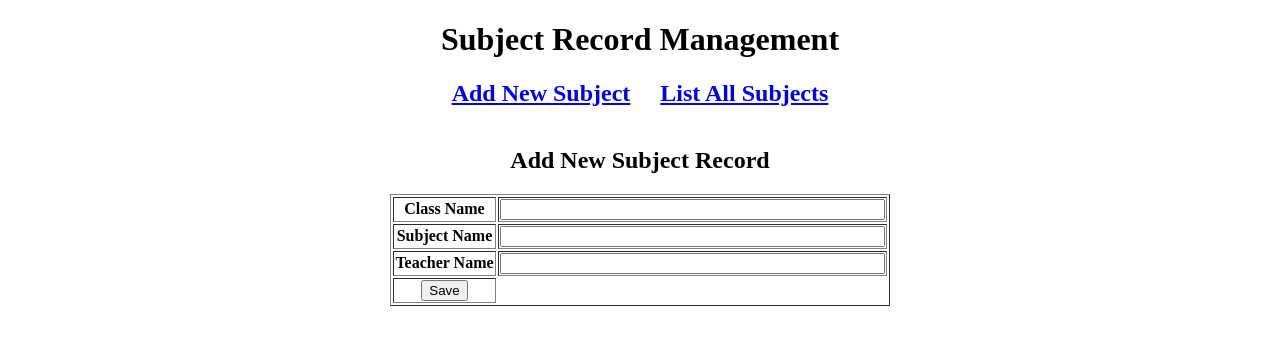
Repository: ashkumar661/Phase-2-Project
Page: http://localhost/crud-example/subject-form.jsp
The author's editor kept a copy of each file at every save. The page is drawn from the files as they stood at one save, then again after a run of saves.
The browser window is 1280 px wide. The pictures show the whole page.
The page is served by Tomcat 9. Other server files are loaded and not shown.

Above is the page before, as saved 2022-05-15 22:11:44.

### crud-example/src/main/webapp/subject-form.jsp
<%@ page language="java" contentType="text/html; charset=ISO-8859-1"
	pageEncoding="ISO-8859-1"%>
<%@ taglib prefix="c" uri="http://java.sun.com/jsp/jstl/core"%>
<!DOCTYPE HTML PUBLIC "-//W3C//DTD HTML 4.01 Transitional//EN" "http://www.w3.org/TR/html4/loose.dtd">
<html>
<head>
<title>Learner's Academy</title>
</head>
<body>
	<center>
		<h1>Subject Record Management</h1>
		<h2>
			<a href="<%=request.getContextPath()%>/newSubject">Add New
				Subject</a> &nbsp;&nbsp;&nbsp; <a
				href="<%=request.getContextPath()%>/listSubject">List All
				Subjects</a>

		</h2>
		<c:if test="${userSubject != null}">
			<form action="updateSubject" method="post">
		</c:if>
		<c:if test="${userSubject == null}">
			<form action="insertSubject" method="post">
		</c:if>
		<table border="1">
			<caption>
				<h2>
					<c:if test="${userSubject != null}">
                        Edit Subject Record
                    </c:if>
					<c:if test="${userSubject == null}">
                        Add New Subject Record
                    </c:if>
				</h2>
			</caption>
			<c:if test="${userSubject != null}">
				<input type="hidden" name="id"
					value="<c:out value='${userSubject.id}' />" />
			</c:if>
			<tr>
				<th>Class Name</th>
				<td><input type="text" name="cName" size="45"
					value="<c:out value='${userSubject.className}' />" /></td>
			</tr>
			<tr>
				<th>Subject Name</th>
				<td><input type="text" name="sName" size="45"
					value="<c:out value='${userSubject.subName}' />" /></td>
			</tr>
			<tr>
				<th>Teacher Name</th>
				<td><input type="text" name="tName" size="45"
					value="<c:out value='${userSubject.name}' />" /></td>
			</tr>
			<td align="center"><input type="submit" value="Save" /></td>

		</table>
		</form>
	</center>
</body>
</html>

After the next 2 saves:
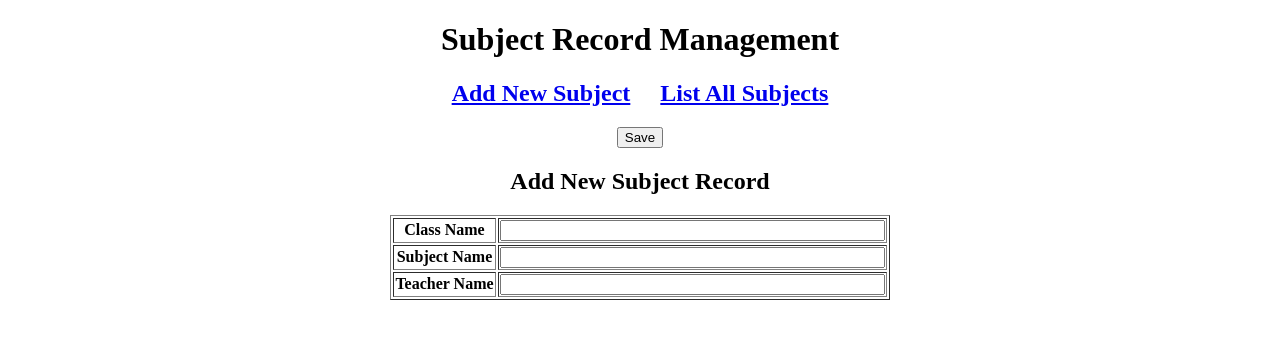
The 2 saves are shown as one change because they came seconds apart.
The last was saved 25 s later.
--- a/crud-example/src/main/webapp/subject-form.jsp
+++ b/crud-example/src/main/webapp/subject-form.jsp
@@ -52,7 +52,7 @@
 				<td><input type="text" name="tName" size="45"
 					value="<c:out value='${userSubject.name}' />" /></td>
 			</tr>
-			<td align="center"><input type="submit" value="Save" /></td>
+			<input type="submit" value="Save" />
 
 		</table>
 		</form>
